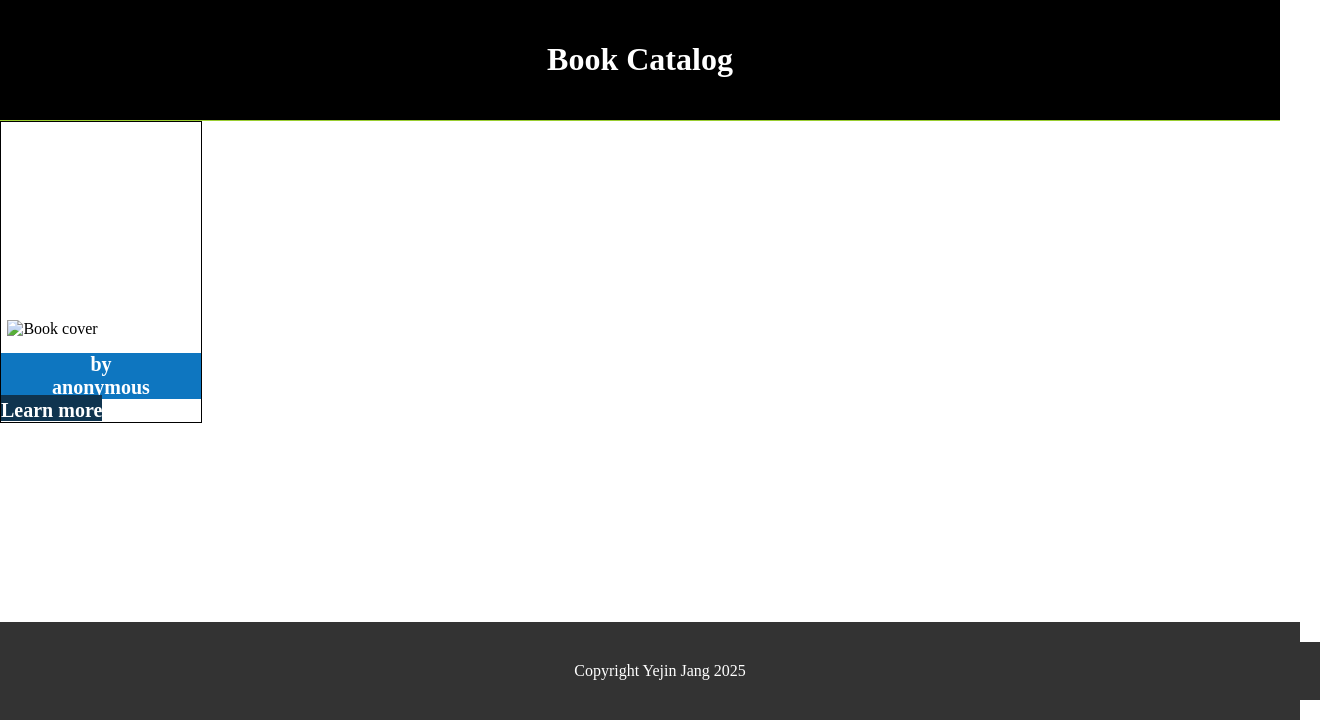
Repository: Yejin-Digital/Lab3-Assignment-BookCatalog
Page: /
These files come from the project's save history. The page is drawn as it stood at one moment and after a run of saves; the edit follows.
The browser window is 1280 px wide. The page is 1320 px wide, so the pictures cover 1320 px, including what lies to the right of the window. The pictures show the whole page.
The project was rebuilt for these pictures with package versions that can differ from the ones it lists, and the page was loaded fresh each time. Also part of the build but not shown: vite.config.js.

Above is the page before, as saved 2025-09-13 04:24:07.

After the next 2 saves:
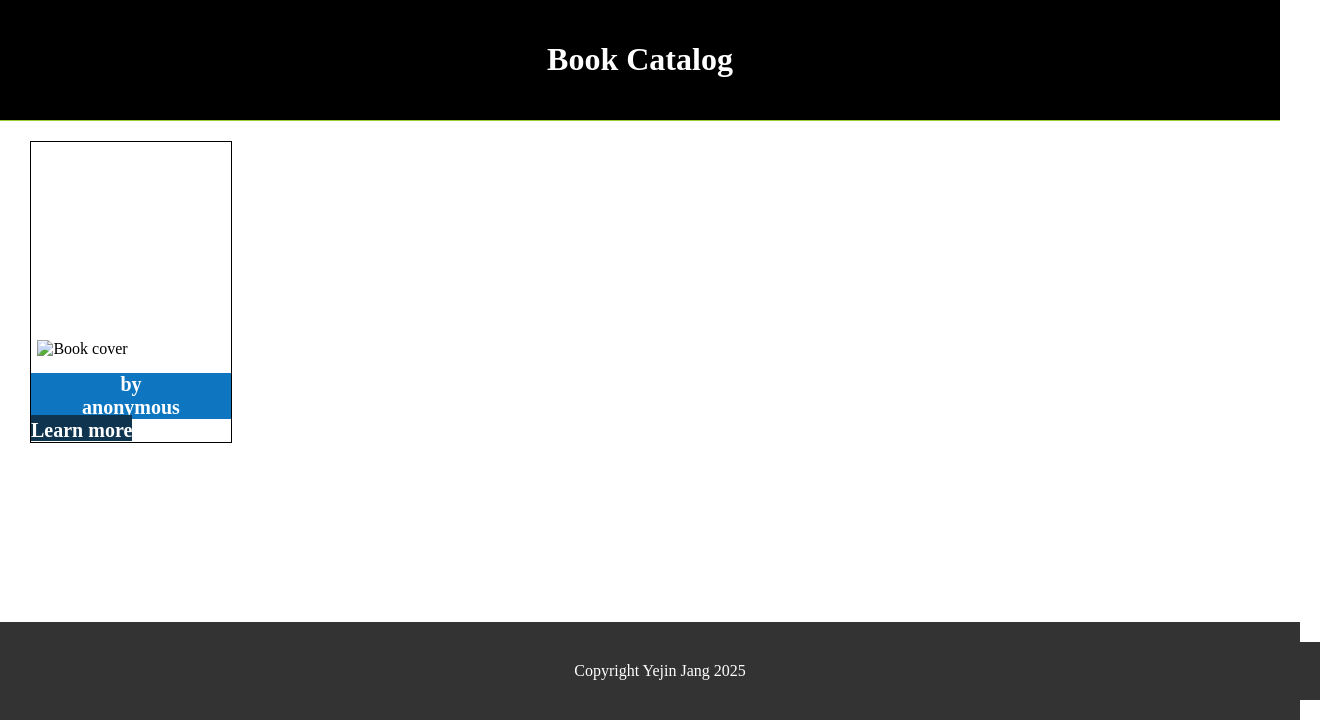
The 2 saves are shown as one change because they came seconds apart.
The last was saved 8 s later.
--- a/src/index.css
+++ b/src/index.css
@@ -32,6 +32,6 @@ body {
   width: 100%;
 }
 
-.root {
+.content {
   margin: 20px 30px;
 }
